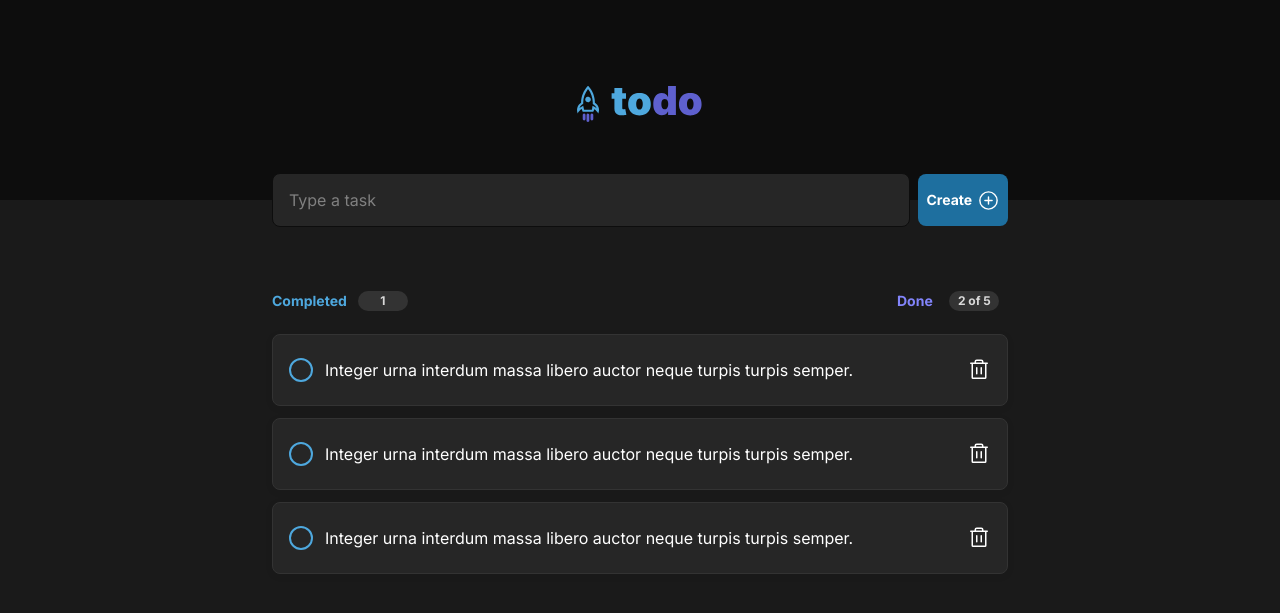
Repository: JoseGu1llardi/to-do-list-D01
Page: /
These files come from the project's save history. The page is drawn as it stood at one moment and after the next save; the edit follows.
The browser window is 1280 px wide. The pictures show the whole page.
The project was rebuilt for these pictures with package versions that can differ from the ones it lists, and the page was loaded fresh each time. Also part of the build but not shown: vite.config.ts.

Above is the page before, as saved 2023-03-11 22:51:57.

After the next save:
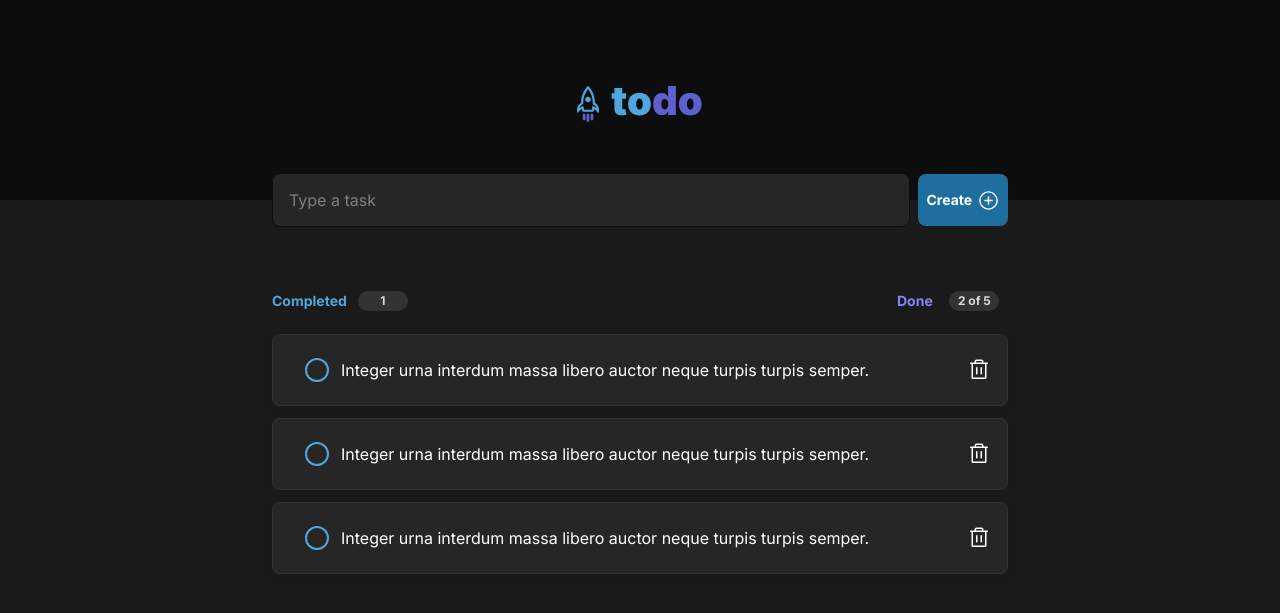
Saved 15 s later.
--- a/src/components/Task/styles.module.css
+++ b/src/components/Task/styles.module.css
@@ -32,7 +32,7 @@
   flex-direction: row;
   align-items: center;
   flex-direction: row;
-  /* padding: 16px; */
+  padding: 16px;
   gap: 12px;
 }
 

After the save that followed:
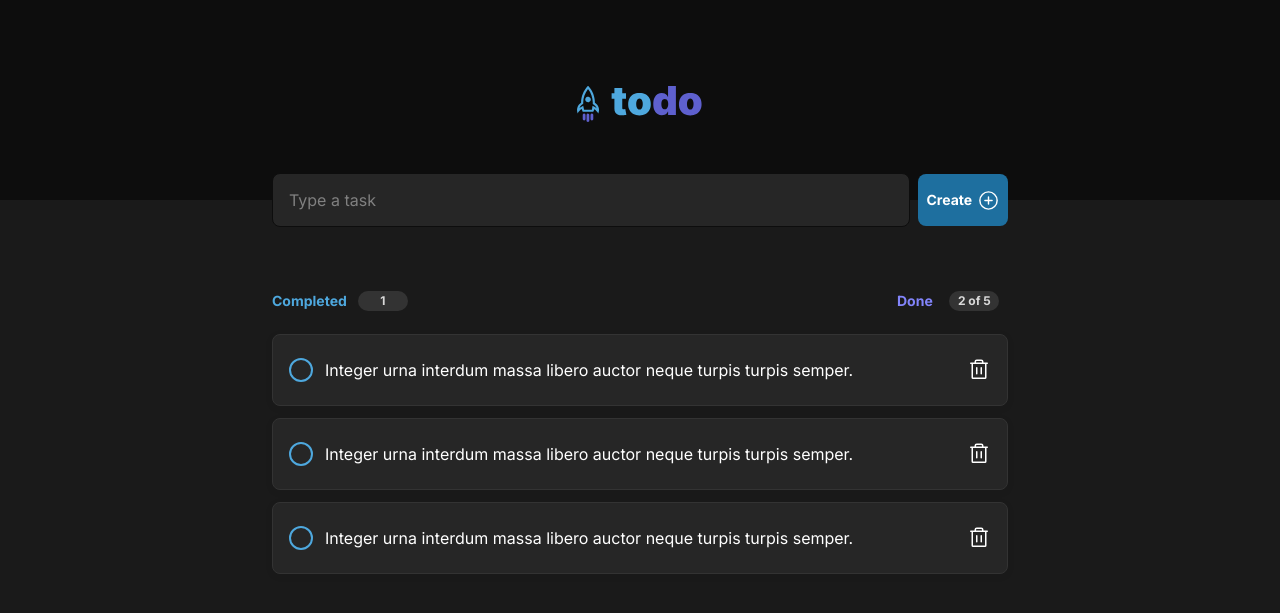
Saved 7 s later.
--- a/src/components/Task/styles.module.css
+++ b/src/components/Task/styles.module.css
@@ -32,7 +32,6 @@
   flex-direction: row;
   align-items: center;
   flex-direction: row;
-  padding: 16px;
   gap: 12px;
 }
 
